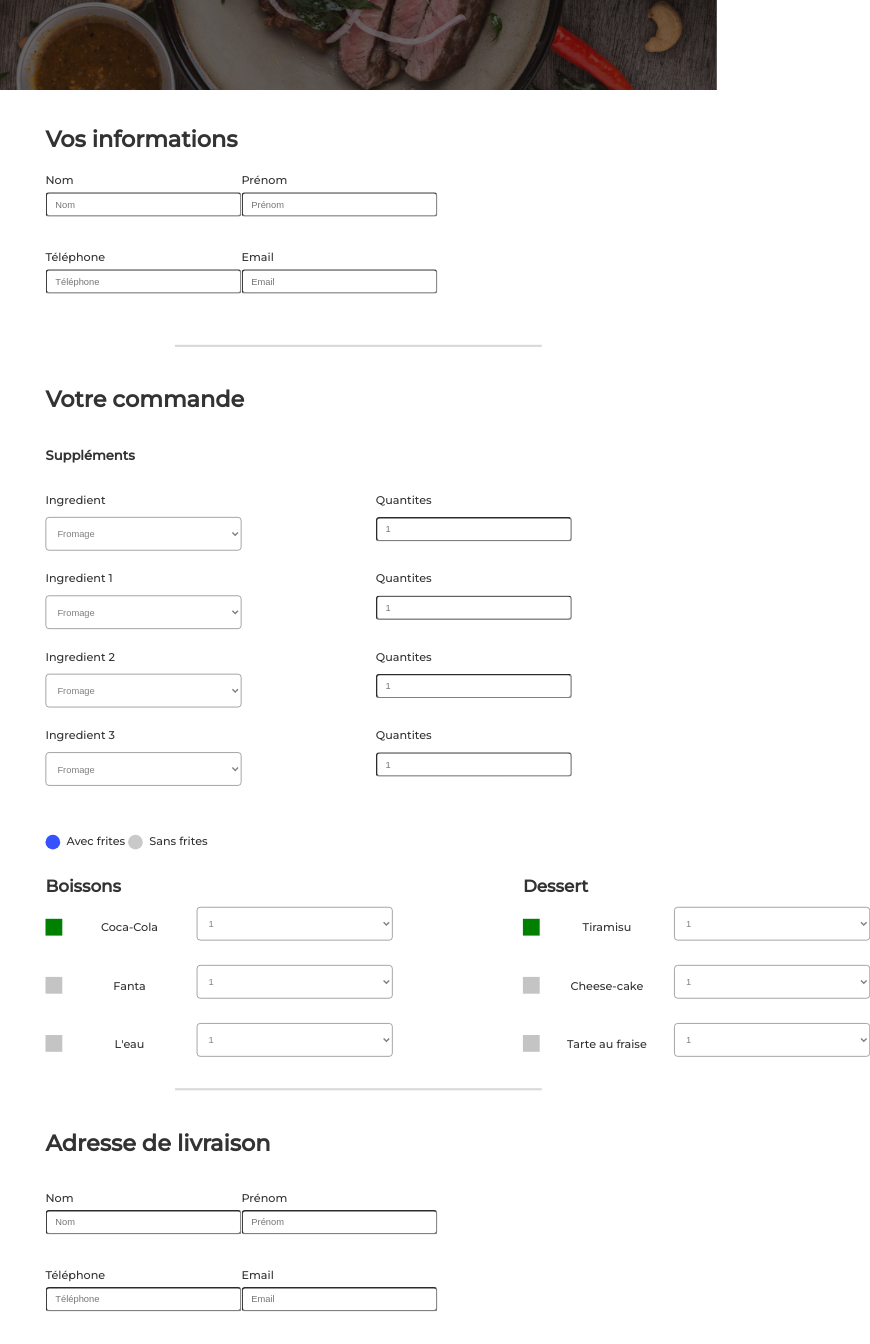
Repository: sisilass31/bella-olonje
Page: html/commande.html
The author's editor kept a copy of each file at every save. The page is drawn from the files as they stood at one save, then again after a run of saves.
The browser window is 1024 px wide. The page is 1243 px wide, so the pictures cover 1243 px, including what lies to the right of the window. The pictures show the part of the page from y = 622 to 2542 px (the page is 2928 px tall before and 3174 px after), at 70% of full size.
Some web libraries are served in a nearby version.

Above is the page before, as saved 2023-02-15 08:43:08.

After the next 3 saves:
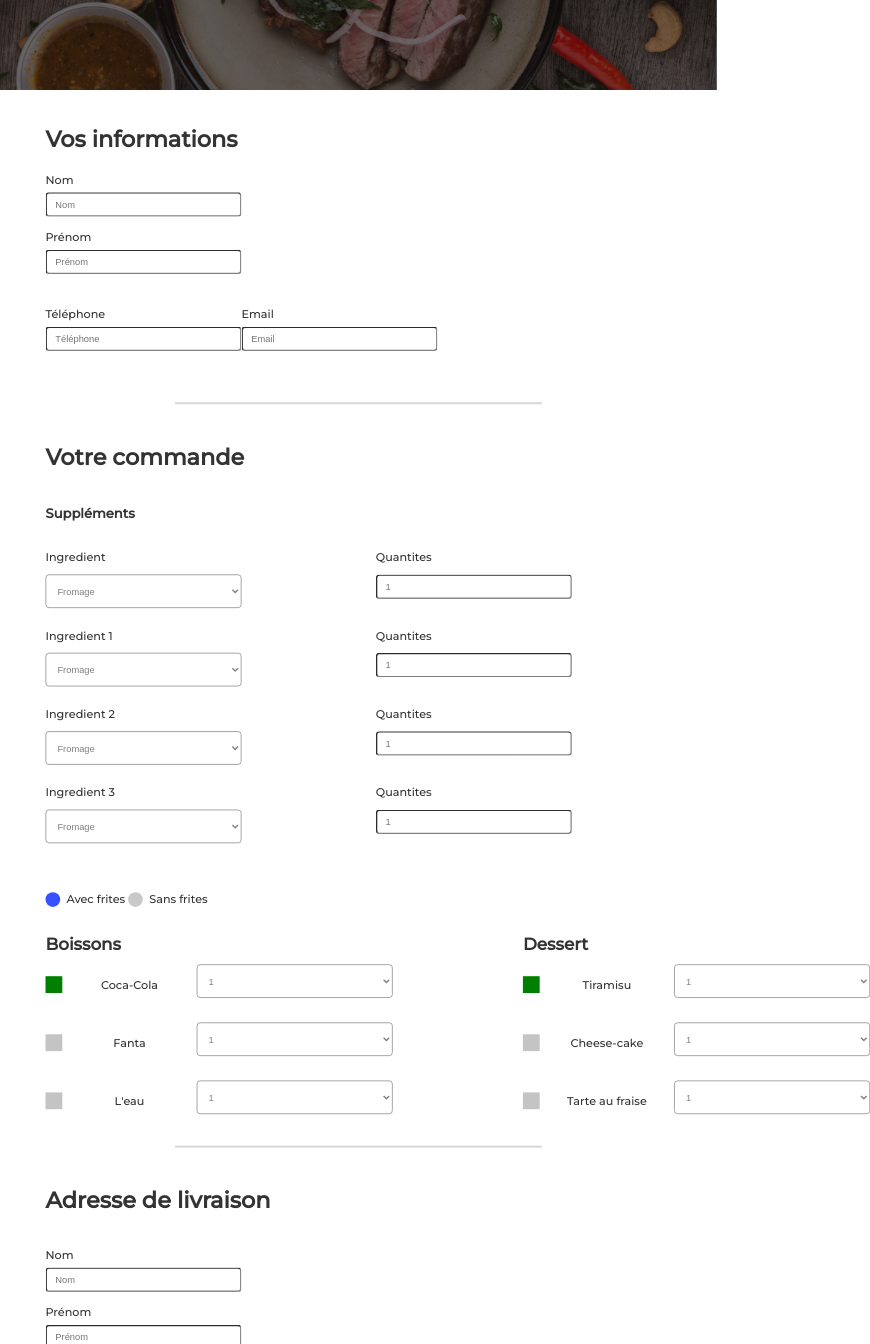
The 3 saves are shown as one change because they came seconds apart.
The last was saved 66 s later.
--- a/css/commande.css
+++ b/css/commande.css
@@ -419,6 +419,9 @@ button {
 }
 /* Ipad et Mini Ordi */
 @media screen and (min-width:992px) and (max-width:1199px) {
-
+    .nom_prenom {
+        flex-direction: column;
+
+    }
 }
 /*responsive*/
